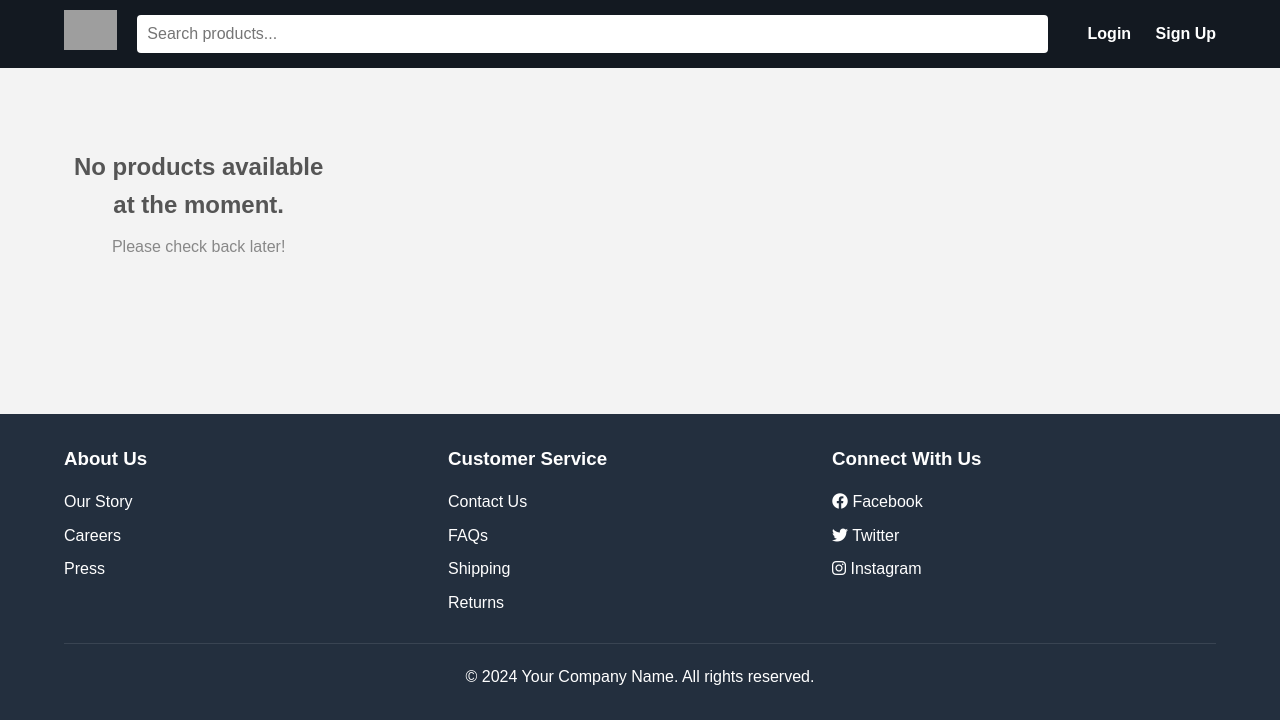
Repository: thotameghana/E-Commerce
Page: http://localhost/E_Commerce/productItems.jsp
The author's editor kept a copy of each file at every save. The page is drawn from the files as they stood at one save, then again after the next save.
The browser window is 1280 px wide. The pictures show the whole page.
Pictures or frames that could not be fetched are drawn as grey boxes. The page is served by Tomcat 10.

Above is the page before, as saved 2025-01-28 12:14:38.

After the next save:
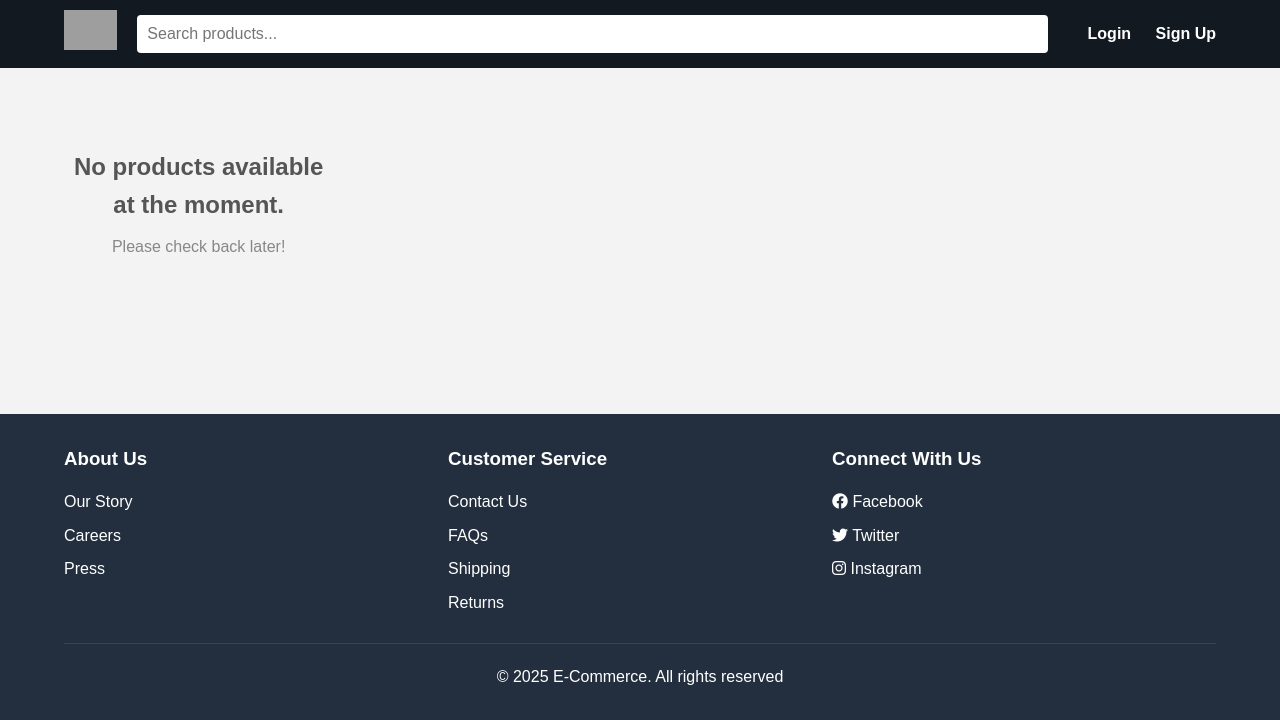
Saved 2 min 56 s later.
--- a/E_Commerce/src/main/webapp/productItems.jsp
+++ b/E_Commerce/src/main/webapp/productItems.jsp
@@ -97,7 +97,7 @@
             </div>
         </div>
         <div class="footer-bottom">
-            <p>&copy; 2024 Your Company Name. All rights reserved.</p>
+            <p>&copy; 2025 E-Commerce. All rights reserved</p>
         </div>
     </footer>
 </body>
